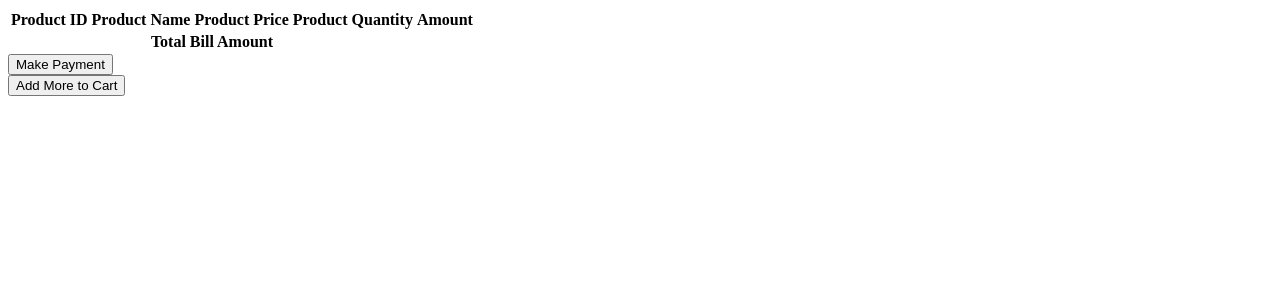
Repository: devgpta19/CDAC-Assignments
Page: http://localhost/ProductsAndUsersUsingJSPAndServlet/ShowCart.jsp
These files come from the project's save history. The page is drawn as it stood at one moment and after a run of saves; the edit follows.
The browser window is 1280 px wide. The pictures show the whole page.
The page is served by Tomcat 9. Other server files are loaded and not shown. The template is opened directly, without the code that normally fills it, so the values that code supplies are empty.

Above is the page before, as saved 2025-11-28 12:17:46.

### Adv.Java/Day6-8/ProductsAndUsersUsingJSPAndServlet/src/main/webapp/ShowCart.jsp
<%@ page language="java" contentType="text/html; charset=ISO-8859-1"
	pageEncoding="ISO-8859-1"%>
<%@taglib prefix="c" uri="http://java.sun.com/jsp/jstl/core"%>

<!DOCTYPE html>
<html>
<head>
<meta charset="ISO-8859-1">
<title>Insert title here</title>
</head>
<body>
	<%
	double tamt = 0;
	%>
	<form action="makePayment" method="post">
		<table>
			<tr>
				<th>Product ID</th>
				<th>Product Name</th>
				<th>Product Price</th>
				<th>Product Quantity</th>
				<th>Amount</th>
			</tr>
			<c:forEach var="p" items="${cartList}">
				<tr>
					<c:set var="amt" value="${p.p_qty * set.p_price}"></c:set>
					<c:set var="tamt" value="${tamt+amt}"></c:set>
					<td>${set.p_id}</td>
					<td>${set.p_name}</td>
					<td>${set.p_price}</td>
					<td>${set.qty}</td>
					<td>${amt}</td>
				</tr>
			</c:forEach>
			<tr>
				<th colspan='4'>Total Bill Amount</th>
				<th>${tamt}</th>
			</tr>
		</table>

		<button type="submit" name="btn" id="btn">Make Payment</button>
	</form>

	<form action="Category" method="post">
		<button type="submit" name="btn" id="btn">Add More to Cart</button>
	</form>
</body>
</html>

After the next 4 saves:
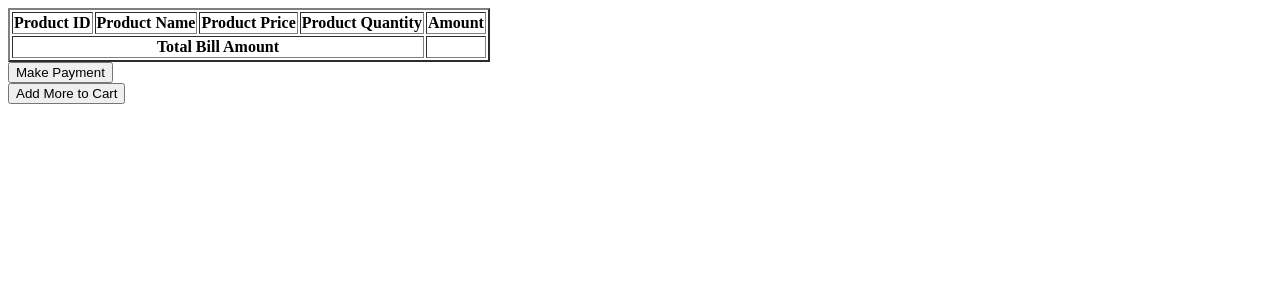
The 4 saves are shown as one change because they came seconds apart.
The last was saved 66 s later.
--- a/Adv.Java/Day6-8/ProductsAndUsersUsingJSPAndServlet/src/main/webapp/ShowCart.jsp
+++ b/Adv.Java/Day6-8/ProductsAndUsersUsingJSPAndServlet/src/main/webapp/ShowCart.jsp
@@ -13,7 +13,7 @@
 	double tamt = 0;
 	%>
 	<form action="makePayment" method="post">
-		<table>
+		<table border='2'>
 			<tr>
 				<th>Product ID</th>
 				<th>Product Name</th>
